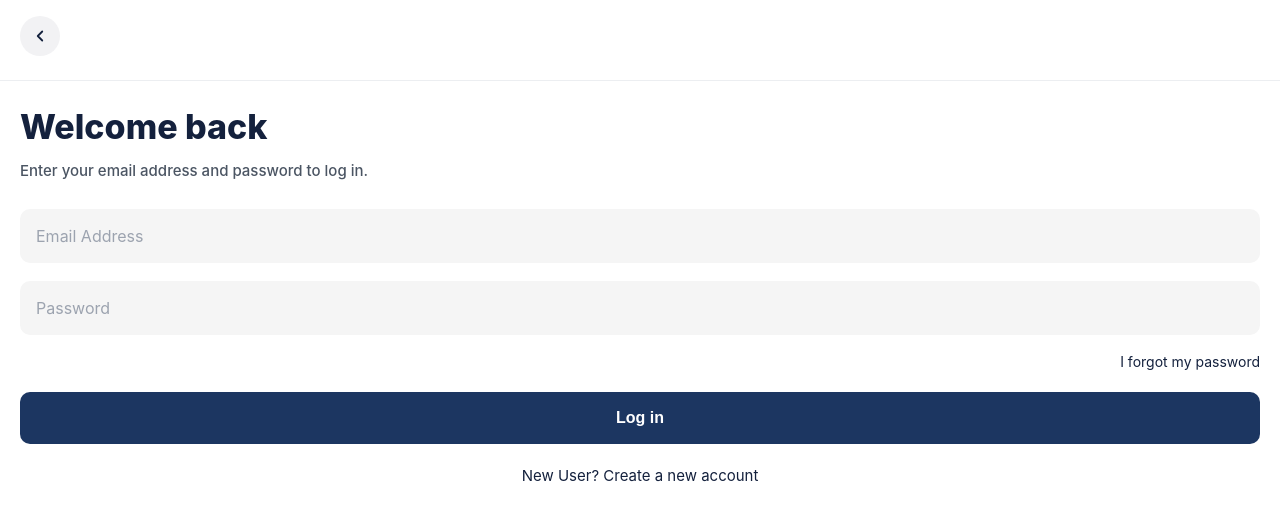
Repository: trenzyfx1/achievebypetra
Page: login.html
The author's editor kept a copy of each file at every save. The page is drawn from the files as they stood at one save, then again after a run of saves.
The browser window is 1280 px wide. The pictures show the whole page.

Above is the page before, as saved 2026-08-25 19:59:27.

After the next 2 saves:
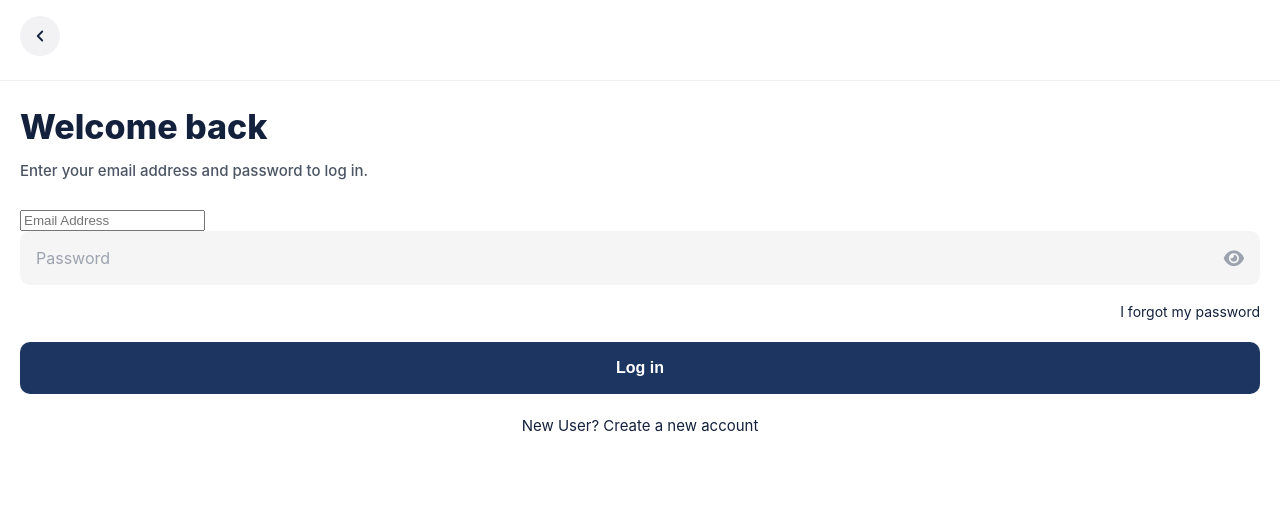
The 2 saves are shown as one change because they came seconds apart.
The last was saved 104 s later.
--- a/login.html
+++ b/login.html
@@ -63,20 +63,46 @@
     font-weight: 500;
   }
 
-  input[type="email"],
-  input[type="password"] {
+  .input-group {
+    position: relative;
     width: 100%;
-    padding: 17px 16px;
+    margin-bottom: 18px;
+  }
+
+  .input-group input[type="email"],
+  .input-group input[type="password"],
+  .input-group input[type="text"] {
+    width: 100%;
+    padding: 17px 50px 17px 16px;
     background: #f5f5f5;
     border: none;
     border-radius: 10px;
     font-size: 16px;
     color: #14213d;
-    margin-bottom: 18px;
     font-family: inherit;
   }
 
-  input::placeholder { color: #9ca3af; }
+  .input-group input::placeholder { color: #9ca3af; }
+
+  .toggle-password {
+    position: absolute;
+    right: 16px;
+    top: 50%;
+    transform: translateY(-50%);
+    background: none;
+    border: none;
+    cursor: pointer;
+    color: #9ca3af;
+    font-size: 18px;
+    padding: 0;
+    display: flex;
+    align-items: center;
+    justify-content: center;
+  }
+
+  .toggle-password:hover {
+    color: #14213d;
+  }
 
   .forgot {
     text-align: right;
@@ -154,7 +180,13 @@
 
     <form id="login-form" onsubmit="handleLogin(event)">
       <input type="email" placeholder="Email Address" id="input-email" required>
-      <input type="password" placeholder="Password" id="input-password" required>
+
+      <div class="input-group">
+        <input type="password" placeholder="Password" id="input-password" required>
+        <button type="button" class="toggle-password" onclick="togglePassword('input-password', this)">
+          <i class="fas fa-eye"></i>
+        </button>
+      </div>
 
       <a href="#" class="forgot">I forgot my password</a>
 
@@ -167,6 +199,9 @@
 </div>
 
 <div id="toast" class="toast"></div>
+
+<!-- Font Awesome for eye icon -->
+<link rel="stylesheet" href="https://cdnjs.cloudflare.com/ajax/libs/font-awesome/6.4.0/css/all.min.css">
 
 <script>
   const STORAGE_KEY = 'pinAppUsers';
@@ -196,6 +231,20 @@
     }, 2000);
   }
 
+  function togglePassword(inputId, button) {
+    const input = document.getElementById(inputId);
+    const icon = button.querySelector('i');
+    if (input.type === 'password') {
+      input.type = 'text';
+      icon.classList.remove('fa-eye');
+      icon.classList.add('fa-eye-slash');
+    } else {
+      input.type = 'password';
+      icon.classList.remove('fa-eye-slash');
+      icon.classList.add('fa-eye');
+    }
+  }
+
   function handleLogin(e) {
     e.preventDefault();
 
@@ -207,22 +256,17 @@
       return;
     }
 
-    // Check if user exists with this email
     const users = getUsers();
     const existingUser = users.find(u => u.email === email);
 
     if (existingUser) {
-      // User exists - check password
       if (existingUser.password === password) {
-        // Save current user email for PIN page
         localStorage.setItem('currentUserEmail', email);
-        // Redirect to PIN page
         window.location.href = 'pin.html';
       } else {
         showToast('Incorrect password');
       }
     } else {
-      // New user - create account and go to PIN
       const newUser = {
         id: 'User_' + Date.now().toString(36).toUpperCase(),
         email: email,
